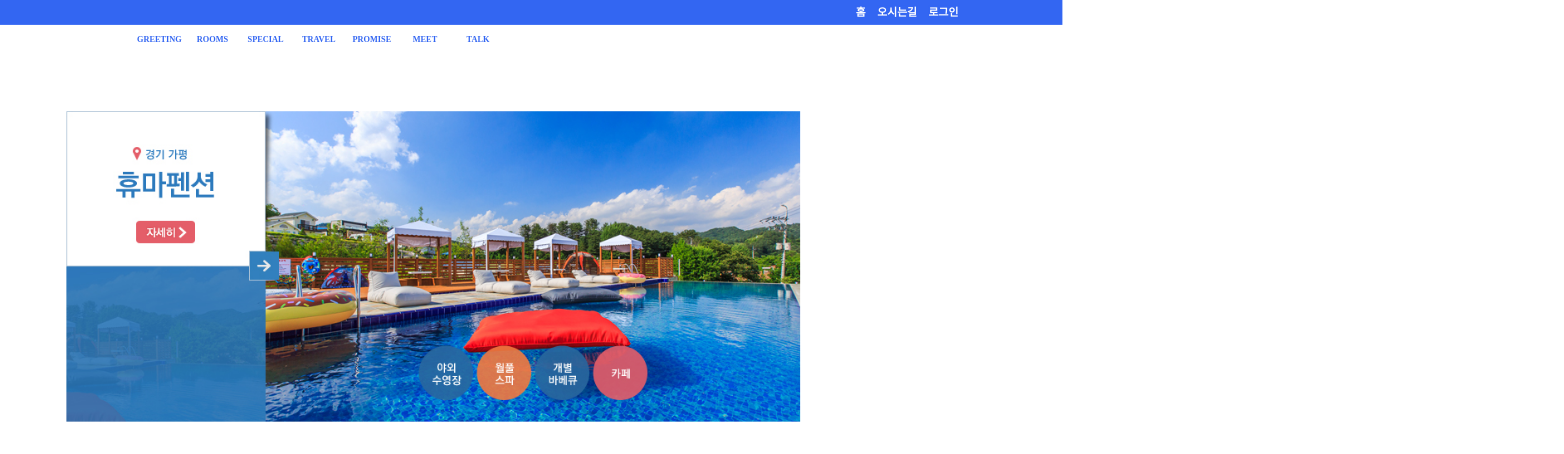
Repository: hojohe/bit-java
Page: 07_css/WebContent/99_exam/exam03.html
The author's editor kept a copy of each file at every save. The page is drawn from the files as they stood at one save, then again after the next save.
The browser window is 1280 px wide. The page is 1884 px wide, so the pictures cover 1884 px, including what lies to the right of the window. The pictures show the whole page, at 83% of full size.

Above is the page before, as saved 2017-01-25 06:31:38.

After the next save:
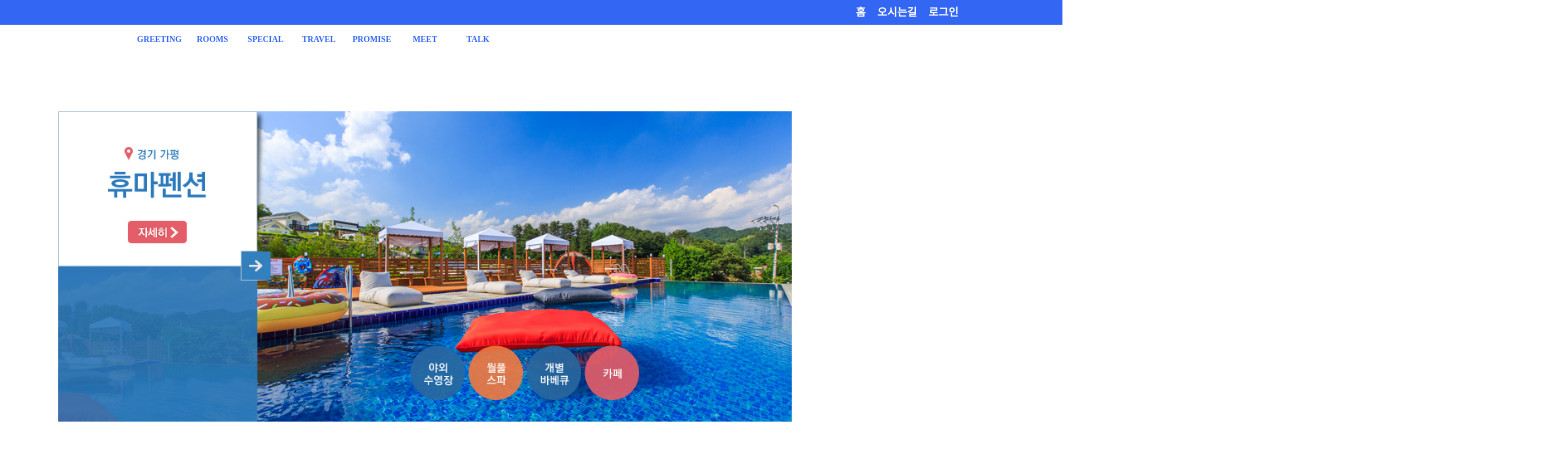
Saved 6 s later.
--- a/07_css/WebContent/99_exam/exam03.css
+++ b/07_css/WebContent/99_exam/exam03.css
@@ -85,7 +85,7 @@ ul.mainLnb > li > ul > li > a:hover {
 
 div.imgbox {
 	width: 960px;
-	margin: 0 80px;
+	margin: 0 70px;
 }
 
 div.imgbox > img {
